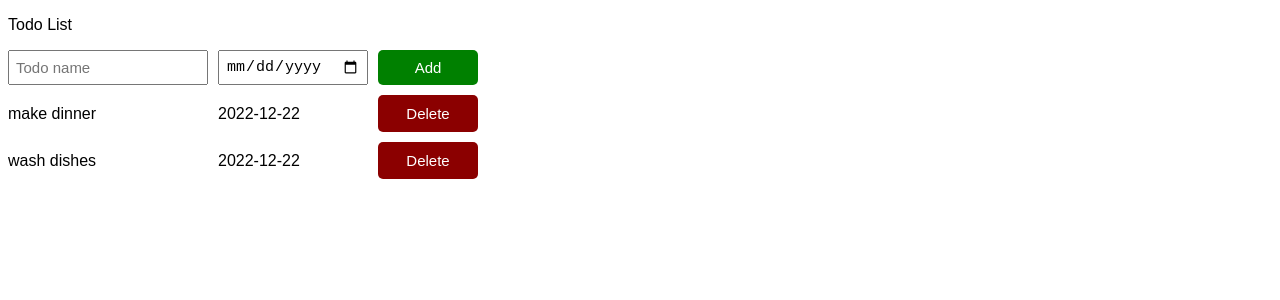
Repository: hawamubarakk/To-Do-list-
Page: 11-to-do-list.html
An editor plug-in stored every save of this project. The page is shown before and after the next save, followed by the edit.
The browser window is 1280 px wide. The pictures show the whole page.

Above is the page before, as saved 2025-08-16 13:24:30.

After the next save:
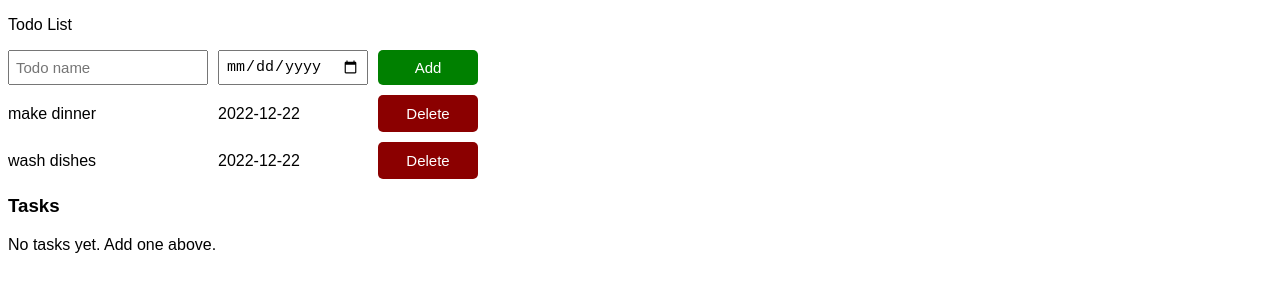
Saved 9 min 39 s later.
--- a/11-to-do-list.html
+++ b/11-to-do-list.html
@@ -23,5 +23,9 @@
 
     <ul id="taskList"></ul>
 
+    <h3 style="margin-top:16px;">Tasks</h3>
+    <p id="empty-state">No tasks yet. Add one above.</p>
+    <ul id="todo-list" class="todo-list"></ul>
+
   </body>
 </html>
